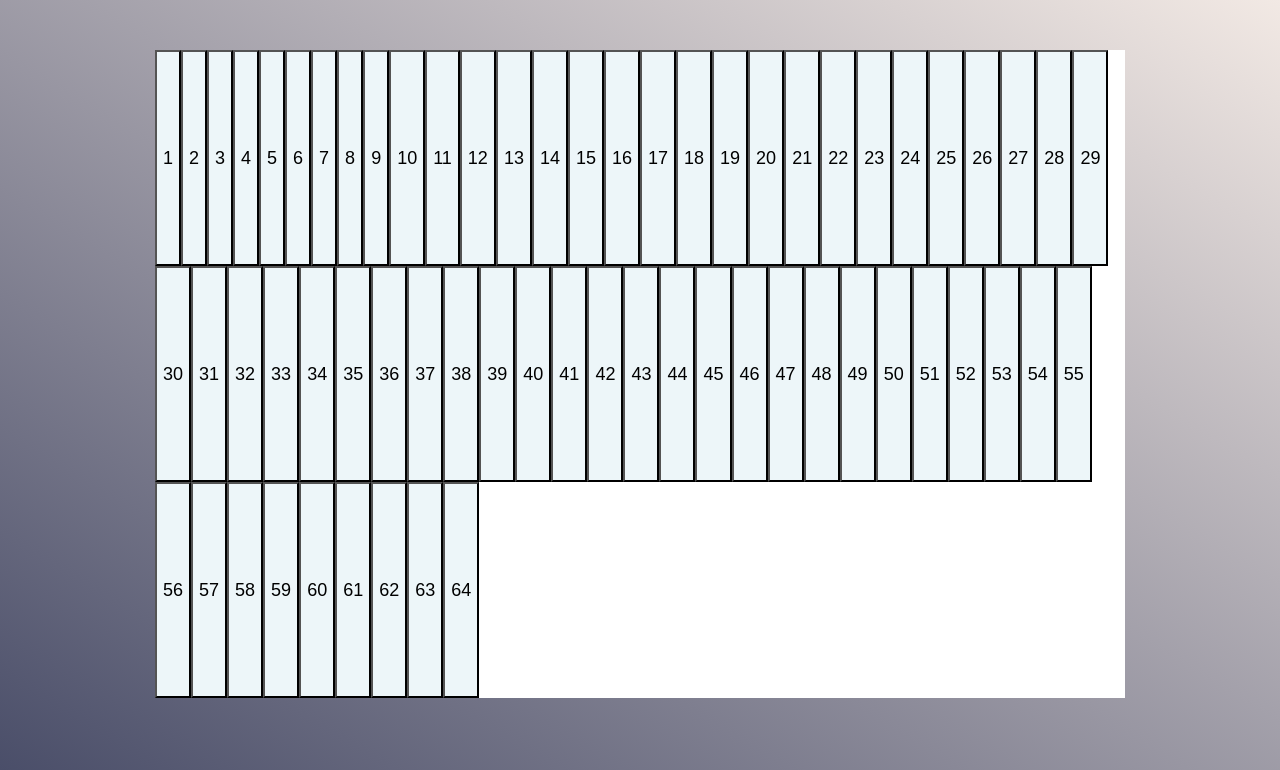
Repository: letrongtinh27/LapTrinhWeb
Page: Lab4.7/index.html
The author's editor kept a copy of each file at every save. The page is drawn from the files as they stood at one save, then again after the next save.
The browser window is 1280 px wide. The pictures show the whole page.

Above is the page before, as saved 2022-10-15 09:27:19.

### Lab4.7/index.html
<!DOCTYPE html>
<html lang="en">
<head>
    <meta charset="UTF-8">
    <meta http-equiv="X-UA-Compatible" content="IE=edge">
    <meta name="viewport" content="width=device-width, initial-scale=1.0">
    <title>Document</title>
    <link rel="stylesheet" href="./reset.css">
    <link rel="stylesheet" href="./style.css">
</head>
<body>
    <div class="container" id="buttons">

    </div>
    <script src="./main.js"></script>
</body>
</html>

### Lab4.7/style.css
body {
    width: 100%;
    height: 100vh;
    background-image: linear-gradient(to right top, #4a4e69, #f2e9e4);
}

.container {
    display: flex;
    width: 100%;
    max-width: 970px;
    height: 90vh;
    margin: 50px auto;
    flex-direction: row;
    flex-wrap: wrap;
    justify-content: flex-start;
    align-items: stretch;
    align-content: stretch;
    background-color: #fff;
}

.btn {
    width: auto;
    height: auto;
    background-color: #edf6f9;
    font-weight: 500;
    font-size: 18px;
}

.btn:hover {
    background-color: #ffddd2;
}

### Lab4.7/main.js
var button;
for (i = 0; i < 64; i++) {
    button = document.createElement("button");
    button.innerHTML = i+1;
    button.className = "btn";
    var buttonDiv = document.getElementById("buttons");
    buttonDiv.appendChild(button);
}

Loaded but not shown: Lab4.7/reset.css (common file)

After the next save:
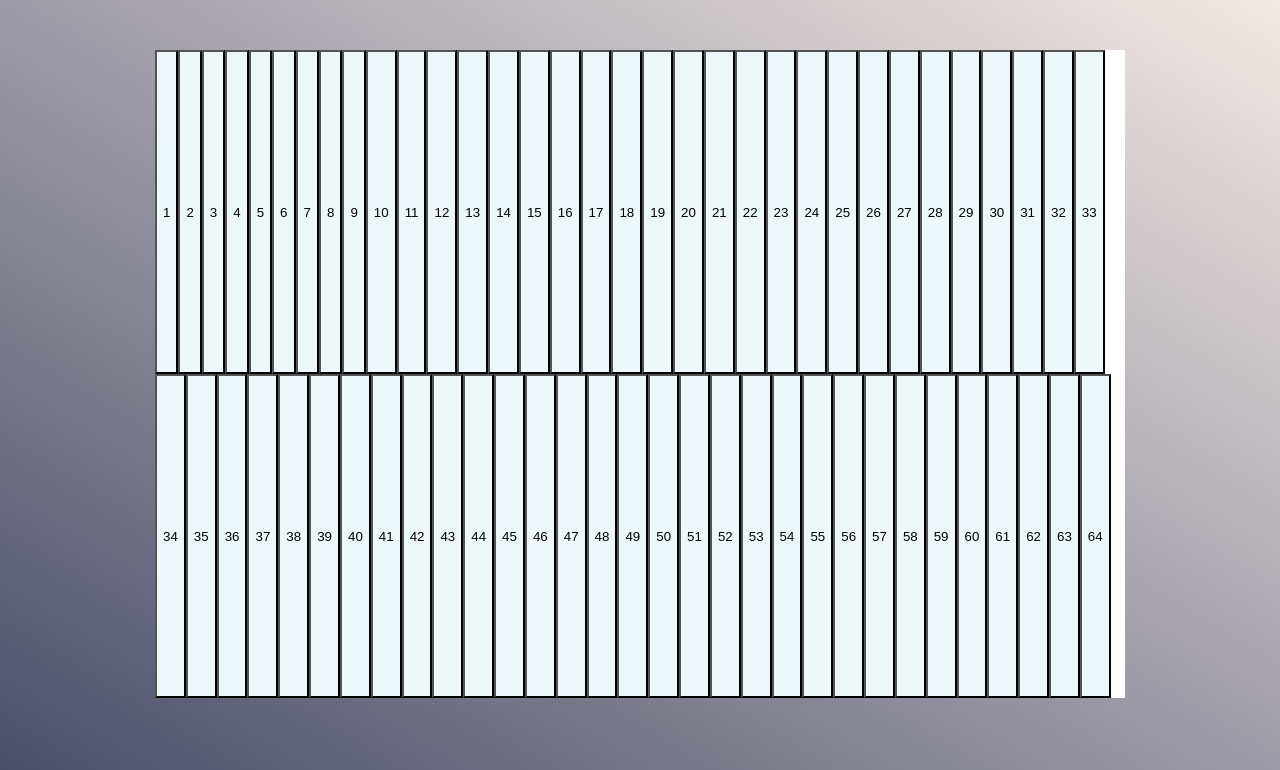
Saved 9 s later.
--- a/Lab4.7/style.css
+++ b/Lab4.7/style.css
@@ -22,8 +22,6 @@ body {
     width: auto;
     height: auto;
     background-color: #edf6f9;
-    font-weight: 500;
-    font-size: 18px;
 }
 
 .btn:hover {
